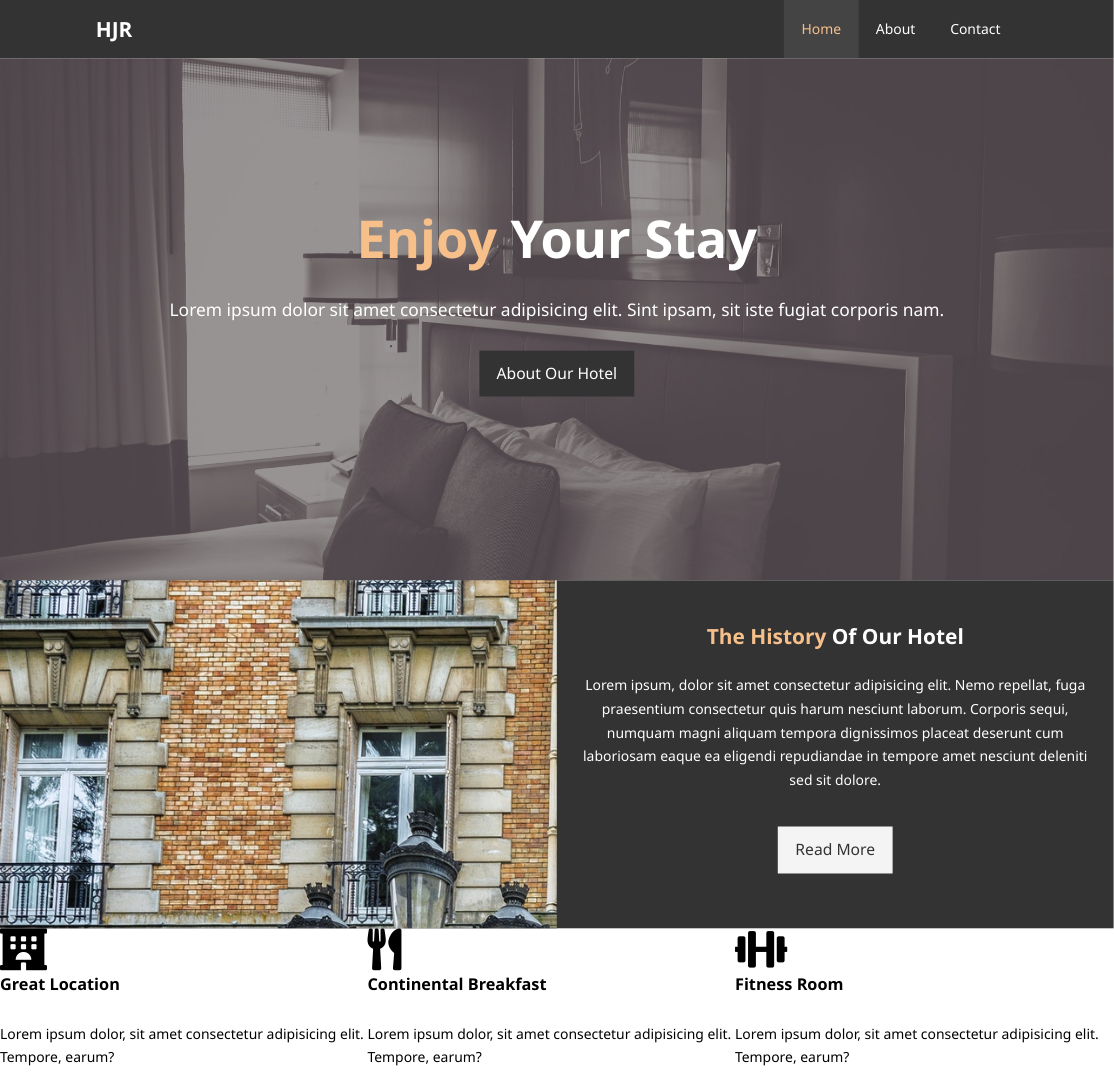
Repository: dimlutine/Hotel-Project
Page: index.html
The author's editor kept a copy of each file at every save. The page is drawn from the files as they stood at one save, then again after the next save.
The browser window is 1280 px wide. The pictures show the whole page, at 87% of full size.
Some web libraries are served in a nearby version.

Above is the page before, as saved 2019-07-05 22:33:14.

After the next save:
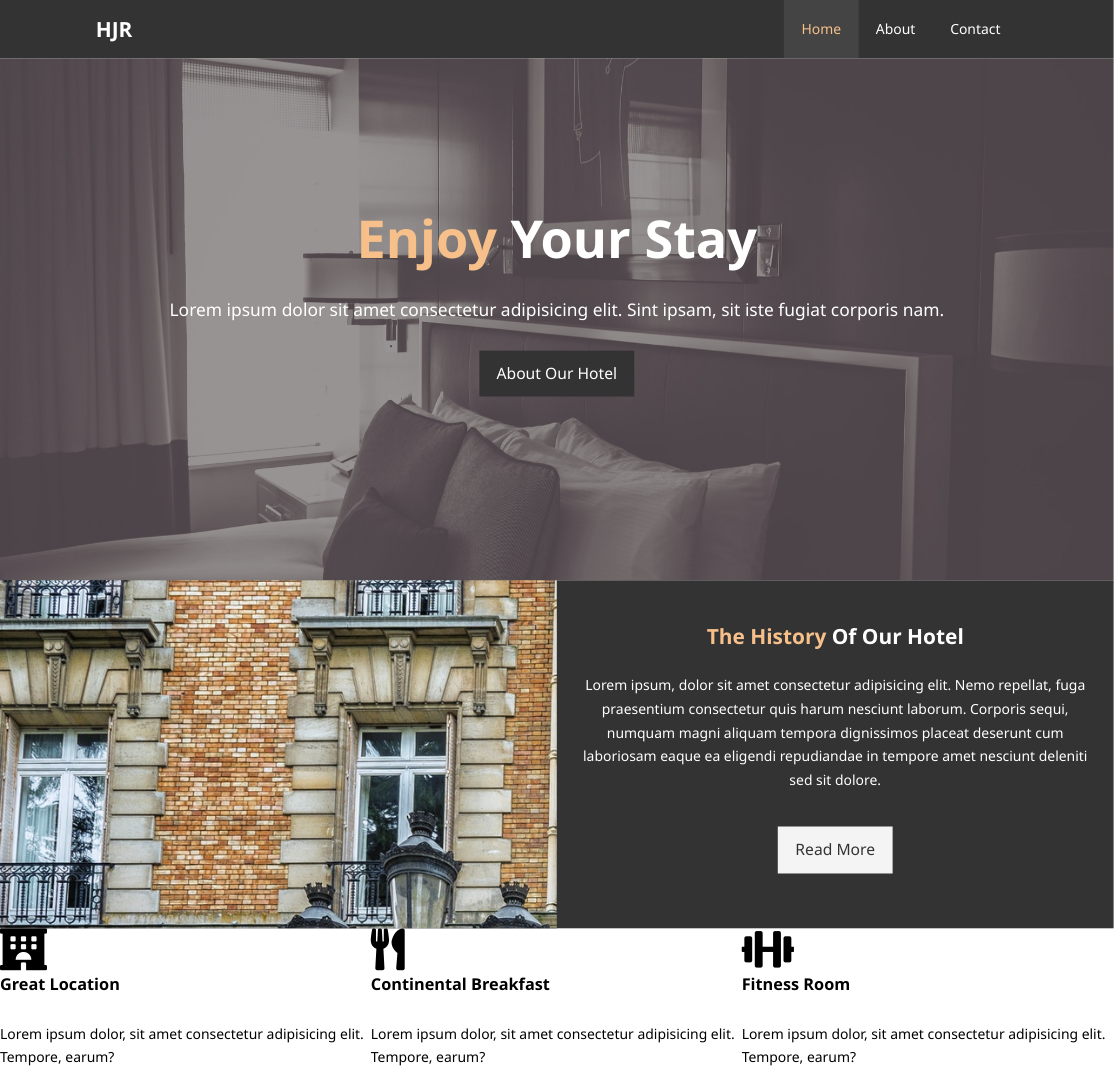
Saved 5 s later.
--- a/css/style.css
+++ b/css/style.css
@@ -170,5 +170,5 @@ p {
 
 .box {
     float: left;
-    width: 33%;
+    width: 33.3%;
 }
